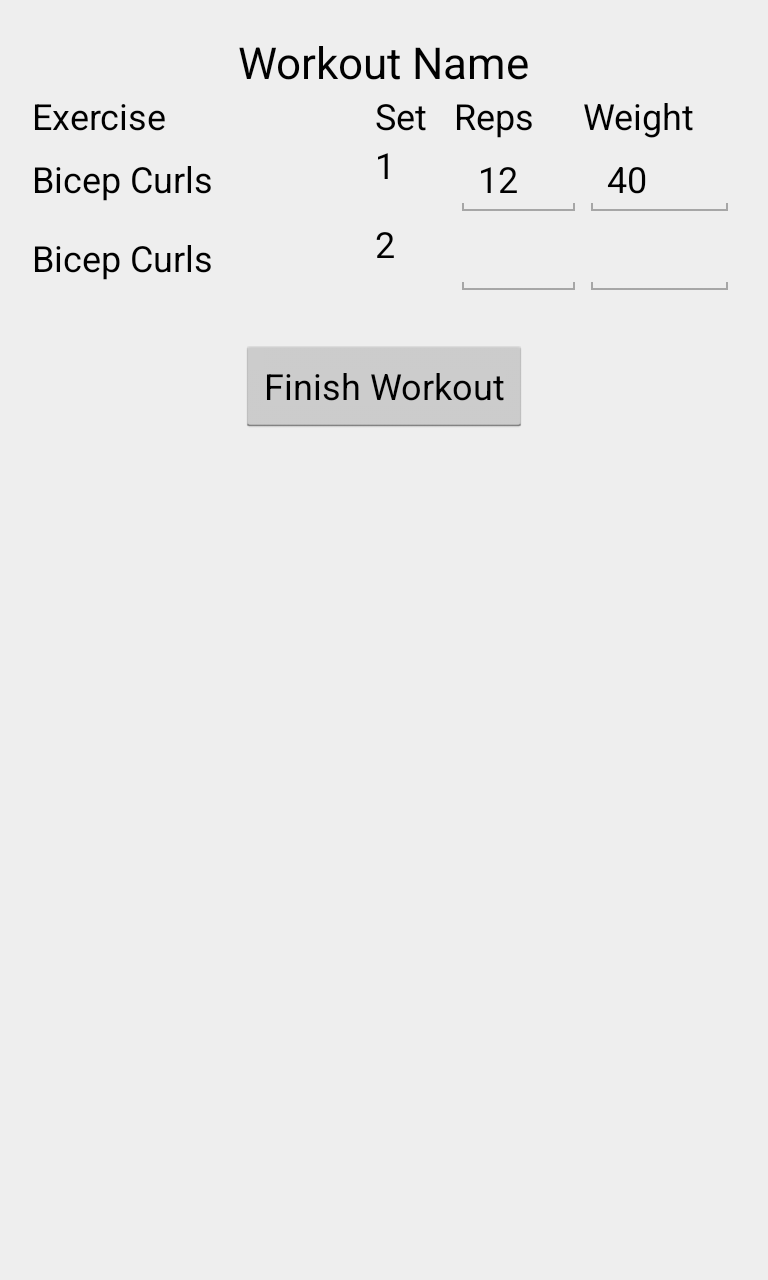
Repository: jmcdon09/EZWorkout
Layout: EzTrain/EzTrain/res/layout/activity_active_workout.xml
These files come from the project's save history. The layout is drawn as it stood at one moment and after the next save; the edit follows.
It is drawn on a 768 x 1280 px phone screen (xhdpi) without system bars, with theme AppTheme; the app's code is not run.

Above is the layout before, as saved 2014-03-30 14:26:07.

### EzTrain/EzTrain/res/layout/activity_active_workout.xml
<LinearLayout xmlns:android="http://schemas.android.com/apk/res/android"
    xmlns:tools="http://schemas.android.com/tools"
    android:id="@+id/LinearLayout1"
    android:layout_width="match_parent"
    android:layout_height="match_parent"
    android:orientation="vertical"
    android:background="@color/background"
    android:paddingBottom="@dimen/activity_vertical_margin"
    android:paddingLeft="@dimen/activity_horizontal_margin"
    android:paddingRight="@dimen/activity_horizontal_margin"
    android:paddingTop="@dimen/activity_vertical_margin"
    tools:context=".ActiveWorkout" >

        <TextView
            android:id="@+id/active_workout"
            android:layout_width="wrap_content"
            android:layout_height="wrap_content"
            android:layout_gravity="center"
            android:text="@string/workout_name"
            android:textAppearance="?android:attr/textAppearanceLarge" />

        <TableLayout
            android:layout_width="match_parent"
            android:layout_height="wrap_content" >

            <TableRow
                android:id="@+id/tableRow1"
                android:layout_width="wrap_content"
                android:layout_height="wrap_content"
                android:weightSum="100" >

                <TextView android:id="@+id/exercise"
                    android:layout_width="fill_parent"
                    android:layout_height="wrap_content"
                    android:layout_weight="60"
                    android:text="Exercise"
                    android:textAppearance="?android:attr/textAppearanceMedium" />

                <TextView android:id="@+id/set"
                    android:layout_width="fill_parent"
                    android:layout_height="fill_parent"
                    android:layout_weight="10"
                    android:text="Set"
                    android:textAppearance="?android:attr/textAppearanceMedium" />

                <TextView android:id="@+id/rep"
                    android:layout_width="fill_parent"
                    android:layout_height="wrap_content"
                    android:layout_weight="15"
                    android:text="Reps"
                    android:textAppearance="?android:attr/textAppearanceMedium" />

                <TextView android:id="@+id/weight"
                    android:layout_width="fill_parent"
                    android:layout_height="fill_parent"
                    android:layout_weight="15"
                    android:text="Weight"
                    android:textAppearance="?android:attr/textAppearanceMedium" />

            </TableRow>

            <TableRow
                android:id="@+id/tableRow2"
                android:layout_width="wrap_content"
                android:layout_height="wrap_content"
                android:weightSum="100" >

                <TextView android:id="@+id/exercise1"
                    android:layout_width="fill_parent"
                    android:layout_height="wrap_content"
                    android:layout_weight="60"
                    android:text="Bicep Curls"
                    android:textAppearance="?android:attr/textAppearanceMedium" />

                <TextView android:id="@+id/set1"
                    android:layout_width="fill_parent"
                    android:layout_height="fill_parent"
                    android:layout_weight="10"
                    android:text="1"
                    android:textAppearance="?android:attr/textAppearanceMedium" />

                <EditText android:id="@+id/rep1"
                    android:layout_width="fill_parent"
                    android:layout_height="wrap_content"
                    android:layout_weight="15"
                    android:inputType="number"
                    android:text="12"
                    android:textAppearance="?android:attr/textAppearanceMedium" />

                <EditText android:id="@+id/weight1"
                    android:layout_width="fill_parent"
                    android:layout_height="fill_parent"
                    android:layout_weight="15"
                    android:inputType="number"
                    android:text="40"
                    android:textAppearance="?android:attr/textAppearanceMedium"/>
            </TableRow>

            <TableRow
                android:id="@+id/tableRow3"
                android:layout_width="wrap_content"
                android:layout_height="wrap_content" >

                <TextView android:id="@+id/exercise2"
                    android:layout_width="fill_parent"
                    android:layout_height="wrap_content"
                    android:text="Bicep Curls"
                    android:layout_weight="60"
                    android:textAppearance="?android:attr/textAppearanceMedium" />

                <TextView android:id="@+id/set2"
                    android:layout_width="fill_parent"
                    android:layout_height="fill_parent"
                    android:text="2"
                    android:layout_weight="10"
                    android:textAppearance="?android:attr/textAppearanceMedium" />

                <EditText android:id="@+id/rep2"
                    android:layout_width="fill_parent"
                    android:layout_height="wrap_content"
                    android:layout_weight="15"
                    android:inputType="number"
                    android:textAppearance="?android:attr/textAppearanceMedium" />

                <EditText android:id="@+id/weight3"
                    android:layout_width="fill_parent"
                    android:layout_height="fill_parent"
                    android:layout_weight="15"
                    android:inputType="number"
                    android:textAppearance="?android:attr/textAppearanceMedium"/>

            </TableRow>

            <TableRow
                android:id="@+id/tableRow4"
                android:layout_width="wrap_content"
                android:layout_height="wrap_content" >
            </TableRow>
        </TableLayout>

        <Button
            android:id="@+id/finish_workout"
            android:layout_width="wrap_content"
            android:layout_height="wrap_content"
            android:layout_gravity="center"
            android:layout_marginTop="20dp"
            android:text="Finish Workout" >
        </Button>

</LinearLayout>

### EzTrain/EzTrain/res/values-v11/styles.xml
<?xml version="1.0" encoding="utf-8"?>
<resources>

    <!--
        Base application theme for API 11+. This theme completely replaces
        AppBaseTheme from res/values/styles.xml on API 11+ devices.
    -->
    <style name="AppBaseTheme" parent="android:Theme.Holo.Light">
        <!-- API 11 theme customizations can go here. -->
    </style>

    <style name="FullscreenTheme" parent="android:Theme.Holo">
        <item name="android:actionBarStyle">@style/FullscreenActionBarStyle</item>
        <item name="android:windowActionBarOverlay">true</item>
        <item name="android:windowBackground">@null</item>
        <item name="buttonBarStyle">?android:attr/buttonBarStyle</item>
        <item name="buttonBarButtonStyle">?android:attr/buttonBarButtonStyle</item>
    </style>

    <style name="FullscreenActionBarStyle" parent="android:Widget.Holo.Light.ActionBar">
        <item name="android:background">@color/action_bar_background</item>
        <item name="android:actionMenuTextColor">@color/black_overlay</item>
    </style>

</resources>

### EzTrain/EzTrain/res/values-v14/styles.xml
<resources xmlns:android="http://schemas.android.com/apk/res/android">

    <!--
        Base application theme for API 14+. This theme completely replaces
        AppBaseTheme from BOTH res/values/styles.xml and
        res/values-v11/styles.xml on API 14+ devices.
    -->
    <style name="AppBaseTheme" parent="@android:style/Theme.Holo.Light.DarkActionBar">
        <!-- API 14 theme customizations can go here. -->
        <item name="android:actionBarStyle">@style/MyActionBar</item>


    </style>

    <style name="MyActionBar" parent="@android:style/Widget.Holo.Light.ActionBar">
        <item name="android:background">@color/action_bar_background</item>
        <item name="android:titleTextStyle">@style/MyActionBarTitle</item>
    </style>

	<style name="MyActionBarTitle" parent="@android:style/TextAppearance.Holo.Widget.ActionBar.Title">
	    <item name="android:textColor">@color/title</item>

	</style>

	<style name="LargeTableText">
	    <item name="android:textAppearance">?android:attr/textAppearanceSmall</item>
	</style>



</resources>

### EzTrain/EzTrain/res/values/colors.xml
<resources>

    <color name="action_bar_background">#4db6af</color>
    <color name="black_overlay">#66000000</color>
    <color name="background">#eee</color>
    <color name="font">#444</color>
    <color name="accent">#ccc</color>
    <color name="title">#FFF</color>

</resources>

### EzTrain/EzTrain/res/values/strings.xml
<?xml version="1.0" encoding="utf-8"?>
<resources>

    <string name="app_name">EZWorkout</string>

    <string-array name="muscle_groups">
        <item>Arms</item>
        <item>Abdominals</item>
        <item>Chest</item>
        <item>Back</item>
        <item>Legs</item>
        <item>Shoulders</item>
    </string-array>

    <string-array name="my_workouts">
        <item>Biceps</item>
        <item>Major Chest Workout</item>
        <item>Leg Destroyer</item>
        <item>Ab Crusher</item>
    </string-array>

    <string-array name="chest">
        <item>Benchpress</item>
        <item>Butterflys</item>
        <item>Push Ups</item>
        <item>Iron Cross</item>
        <item>Decline Dumbell Press</item>
        <item></item>
    </string-array>

    <string-array name="arms">
        <item>Bicep Curls</item>
        <item>Spider Curls</item>
        <item>Tricep Dips</item>
        <item>Skullcrushers</item>
        <item>French Press</item>
    </string-array>

    <string-array name="shoudlers">
        <item>Shoulder Abduction</item>
        <item>Military Press</item>
    </string-array>

    <string-array name="abdominals">
        <item>Crunches</item>
        <item>Russian Twists</item>
        <item>Sit-ups</item>
        <item>Toe Touches</item>
    </string-array>

    <string-array name="legs">
        <item>One Legged Squats</item>
        <item>Romanian Deadlifts</item>
        <item>Trap Bar Deadlifts</item>
        <item>Box Jumps</item>
    </string-array>

    <string-array name="back">
        <item>Standing Good Mornings</item>
        <item>Seated Good Mornings</item>
        <item>Reverse Hypers</item>
        <item>Chin Ups</item>
    </string-array>

    <string name="workout_now">Start Workout</string>
    <string name="progress">My Progress</string>
    <string name="design_work">Design Workout</string>
    <string name="title_activity_start_workout">Start Workout</string>
    <string name="title_activity_my_progress">My Progress</string>
    <string name="title_activity_design_workout">Design Workout</string>
    <string name="title_activity_add_exercises">Add Exercises</string>
    <string name="title_activity_create_exercise">Create Exercise</string>
    <string name="title_activity_preview_workout">Preview Workout</string>
    <string name="title_activity_my_workouts">My Workouts</string>
    <string name="title_activity_workout">Workout</string>
    <string name="title_activity_active_workout">Active Workout</string>
    <string name="workout_name">Workout Name</string>
    <string name="return_workout"></string>
    <string name="action_settings">Action Settings</string>
    <string name="add_exercise_to_workout">Add Exercises to </string>
    <string name="add_exercise">Add Exercise</string>
    <string name="begin_design">Start Design</string>
    <string name="create_exercise">Create Exercise</string>
    <string name="muscle_group">Muscle Group</string>
    <string name="workout_description">Workout Description</string>
    <string name="my_workouts">My Workouts</string>
    <string name="start_workout">Start Workout</string>
    <string name="browse_workouts">Browse Workouts</string>
    <string name="exercise_name">Exercise Name</string>
    <string name="rep_hint">Rep hint goes here</string>
    <string name="action_home">Home</string>
    <string name="exercise1">Bench press </string>
    <string name="set1">4</string>
    <string name="rep1">8#821112</string>
    <string name="hello_world">Hello world!</string>
    <string name="preview_workout">Preview Workout</string>
    <string name="title_activity_preview_design">Preview Design</string>
    <string name="exercise">Exercise</string>
    <string name="sets">Sets</string>
    <string name="reps">Reps</string>
    <string name="weight">Weight</string>
    <string name="error_design_fill_sections">Fill out all sections before clicking Add Exercise!</string>
    <string name="error_empty_preview">Need at least one exercise added before preview!</string>
    <string name="save_workout">Save Workout</string>



</resources>

Loaded but not shown: EzTrain/EzTrain/res/values/styles.xml (common file); EzTrain/EzTrain/res/values/dimens.xml (common file)

After the next save:
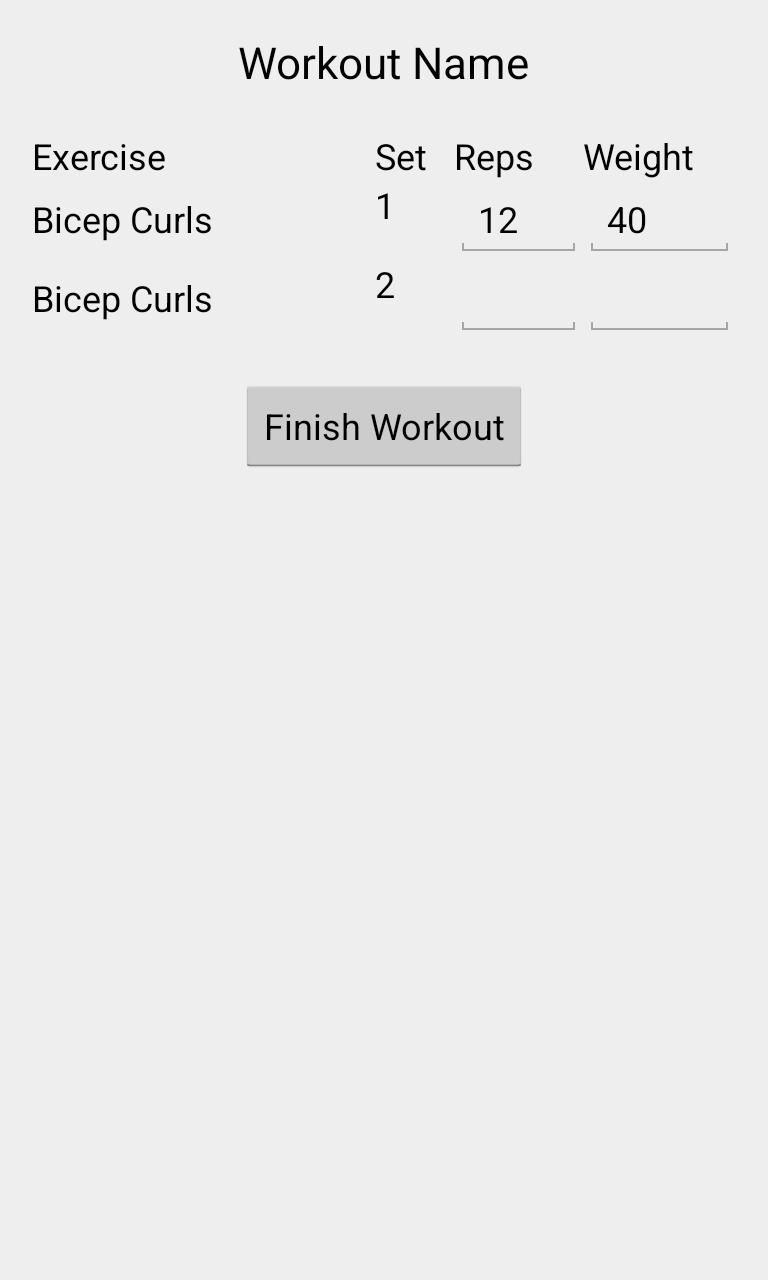
Saved 22 s later.
--- a/EzTrain/EzTrain/res/layout/activity_active_workout.xml
+++ b/EzTrain/EzTrain/res/layout/activity_active_workout.xml
@@ -21,7 +21,8 @@
 
         <TableLayout
             android:layout_width="match_parent"
-            android:layout_height="wrap_content" >
+            android:layout_height="wrap_content"
+            android:layout_marginTop="20dp" >
 
             <TableRow
                 android:id="@+id/tableRow1"
